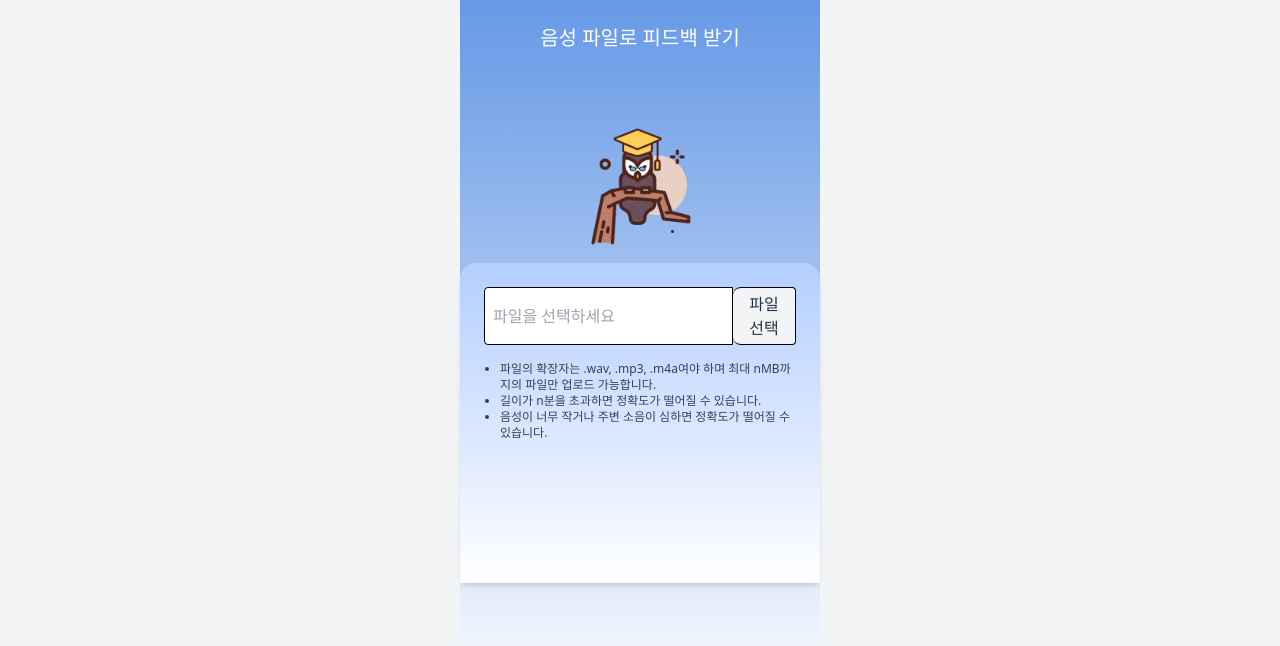
Repository: yurim1205/mini_front
Page: /file (app in frontend/)
The author's editor kept a copy of each file at every save. The page is drawn from the files as they stood at one save, then again after the next save.
The browser window is 1280 px wide. The pictures show the whole page.
The project was rebuilt for these pictures with package versions that can differ from the ones it lists, and the page was loaded fresh each time. Also part of the build but not shown: frontend/vite.config.js, frontend/src/components/common/Button.jsx, frontend/src/components/buttons/fileFeedbackBtn.jsx, frontend/src/components/buttons/rec_FeedbackBtn.jsx, frontend/src/pages/home.jsx, frontend/src/pages/recordFeedback.jsx.

Above is the page before, as saved 2025-05-14 09:35:40.

### frontend/src/App.jsx
import { BrowserRouter, Routes, Route } from 'react-router-dom';
import Home from './pages/home';
import FileFeedback from './pages/fileFeedback';
import RecordFeedback from './pages/recordFeedback';

function App() {
  return (
    <BrowserRouter>
      <Routes>
        <Route path="/" element={<Home />} />
        <Route path="/file" element={<FileFeedback />} />
        <Route path="/record" element={<RecordFeedback />} />
      </Routes>
    </BrowserRouter>
  );
}

export default App;

### frontend/src/pages/fileFeedback.jsx
import React from "react";
import { useNavigate } from "react-router-dom";
import owlImg from "../assets/img/owl.png"; // 부엉이 이미지 경로에 맞게 수정

function FileFeedback() {
  const navigate = useNavigate();

  return (
    <div className="w-screen h-screen flex justify-center items-center bg-gray-100">
      <div
        className="relative h-screen flex flex-col items-center max-w-[360px] w-full"
        style={{
          background: "linear-gradient(to bottom, #6699E6 0%, #fff 100%)"
        }}
      >
        <div className="flex items-center w-full px-4 pt-6">
          {/* <button onClick={() => navigate(-1)} className="text-2xl mr-2">{'←'}</button> */}
          <span className="text-xl font-semibold mx-auto text-white">음성 파일로 피드백 받기</span>
        </div>

        <img
          src={owlImg}
          alt="owl"
          className="w-32 mx-auto mt-16 "
        />

        <div
          className="rounded-t-2xl rounded-b-none shadow-md w-full px-6 py-6 mt-2 flex flex-col items-center min-h-[320px]"
          style={{
            background: "linear-gradient(to bottom, #b3cfff 0%, #e0eaff 60%, #fff 100%)"
          }}
        >
          {/* 파일 업로드 부분 */}
          <div className="flex w-full mb-4">
            <input
              type="text"
              className="border border-black rounded-l px-2 py-1 flex-1"
              placeholder="파일을 선택하세요"
              readOnly
            />
            <button className="border border-black border-l-0 rounded-r px-4 py-1 bg-gray-100">
              파일 선택
            </button>
          </div>
          <ul className="text-xs text-gray-700 w-full list-disc pl-4">
            <li>파일의 확장자는 .wav, .mp3, .m4a여야 하며 최대 nMB까지의 파일만 업로드 가능합니다.</li>
            <li>길이가 n분을 초과하면 정확도가 떨어질 수 있습니다.</li>
            <li>음성이 너무 작거나 주변 소음이 심하면 정확도가 떨어질 수 있습니다.</li>
          </ul>
        </div>
      </div>
    </div>
  );
}

export default FileFeedback;

### frontend/tailwind.config.js
/** @type {import('tailwindcss').Config} */
export default {
    content: [
      "./index.html",
      "./src/**/*.{js,ts,jsx,tsx}",
    ],
    theme: {
      extend: {
        colors:{
          'main-top': '#6699E6',
          'main-bottom': '#0A27E5',
        }
      },
    },
    plugins: [],
  }

Loaded but not shown: frontend/index.html (common file); frontend/src/main.jsx (common file); frontend/src/index.css (common file)

After the next save:
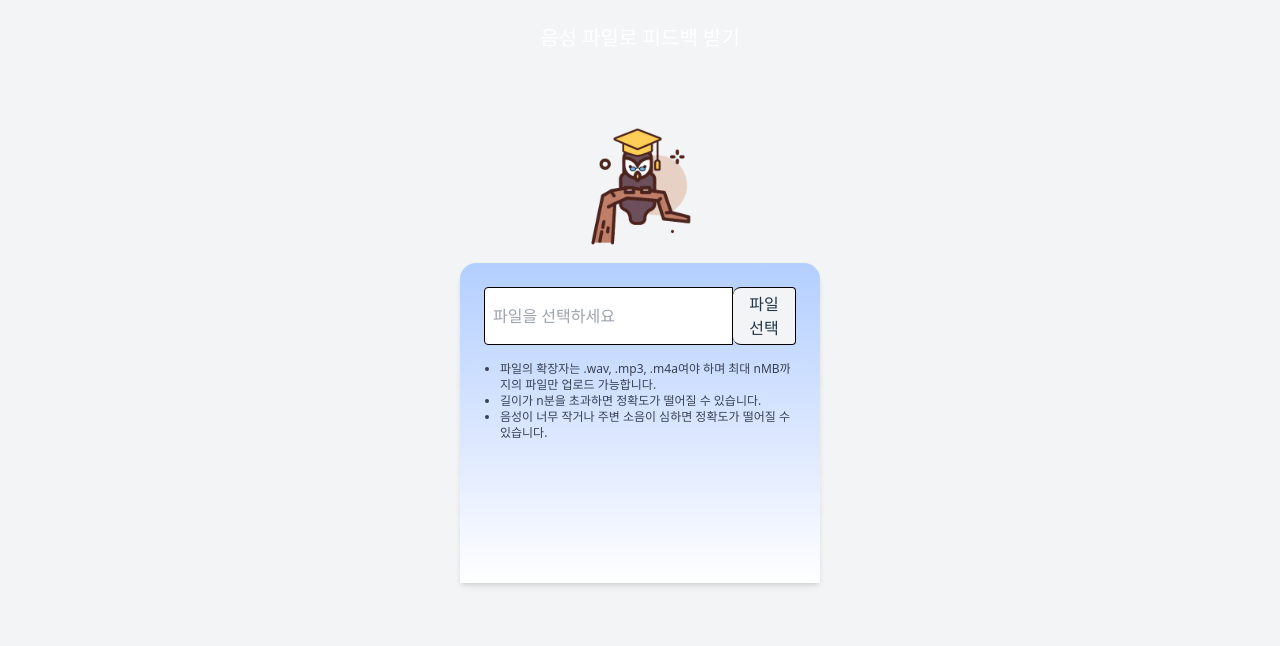
Saved 8 s later.
--- a/frontend/src/pages/fileFeedback.jsx
+++ b/frontend/src/pages/fileFeedback.jsx
@@ -10,7 +10,7 @@
       <div
         className="relative h-screen flex flex-col items-center max-w-[360px] w-full"
         style={{
-          background: "linear-gradient(to bottom, #6699E6 0%, #fff 100%)"
+          background: "linear-gradient(to bottom,  #fff 100%)"
         }}
       >
         <div className="flex items-center w-full px-4 pt-6">

After the save that followed:
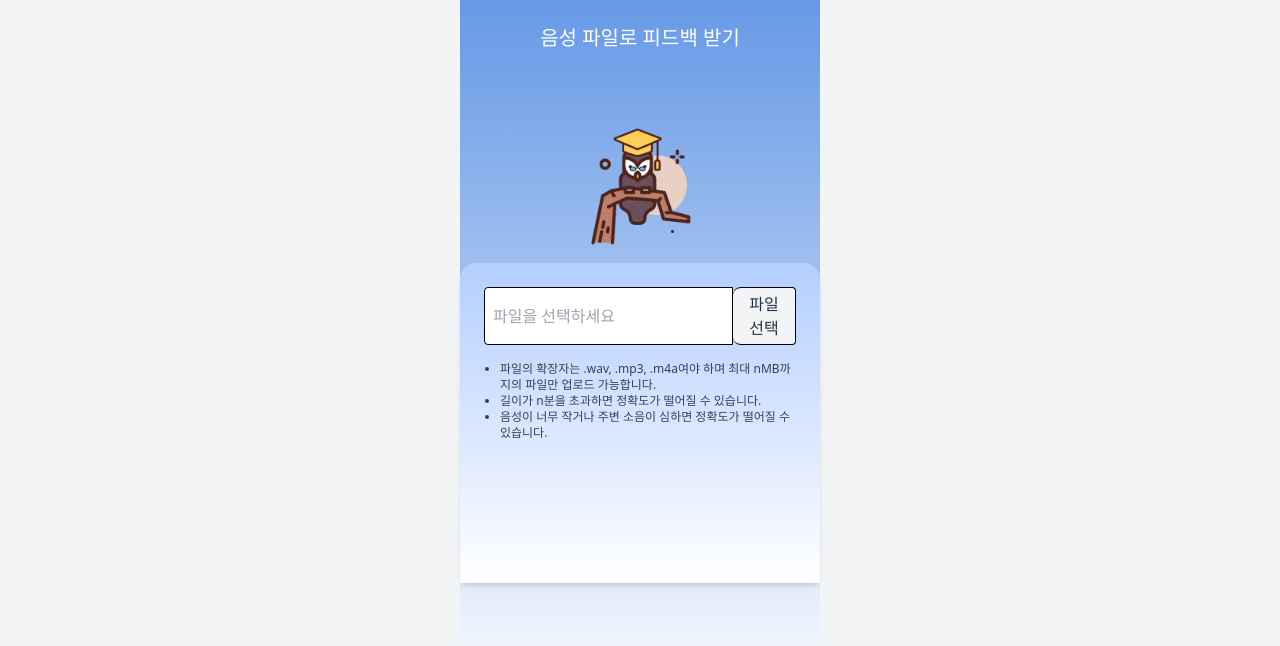
Saved 5 s later.
--- a/frontend/src/pages/fileFeedback.jsx
+++ b/frontend/src/pages/fileFeedback.jsx
@@ -10,7 +10,7 @@
       <div
         className="relative h-screen flex flex-col items-center max-w-[360px] w-full"
         style={{
-          background: "linear-gradient(to bottom,  #fff 100%)"
+          background: "linear-gradient(to bottom, #6699E6 0%, #fff 100%)"
         }}
       >
         <div className="flex items-center w-full px-4 pt-6">
